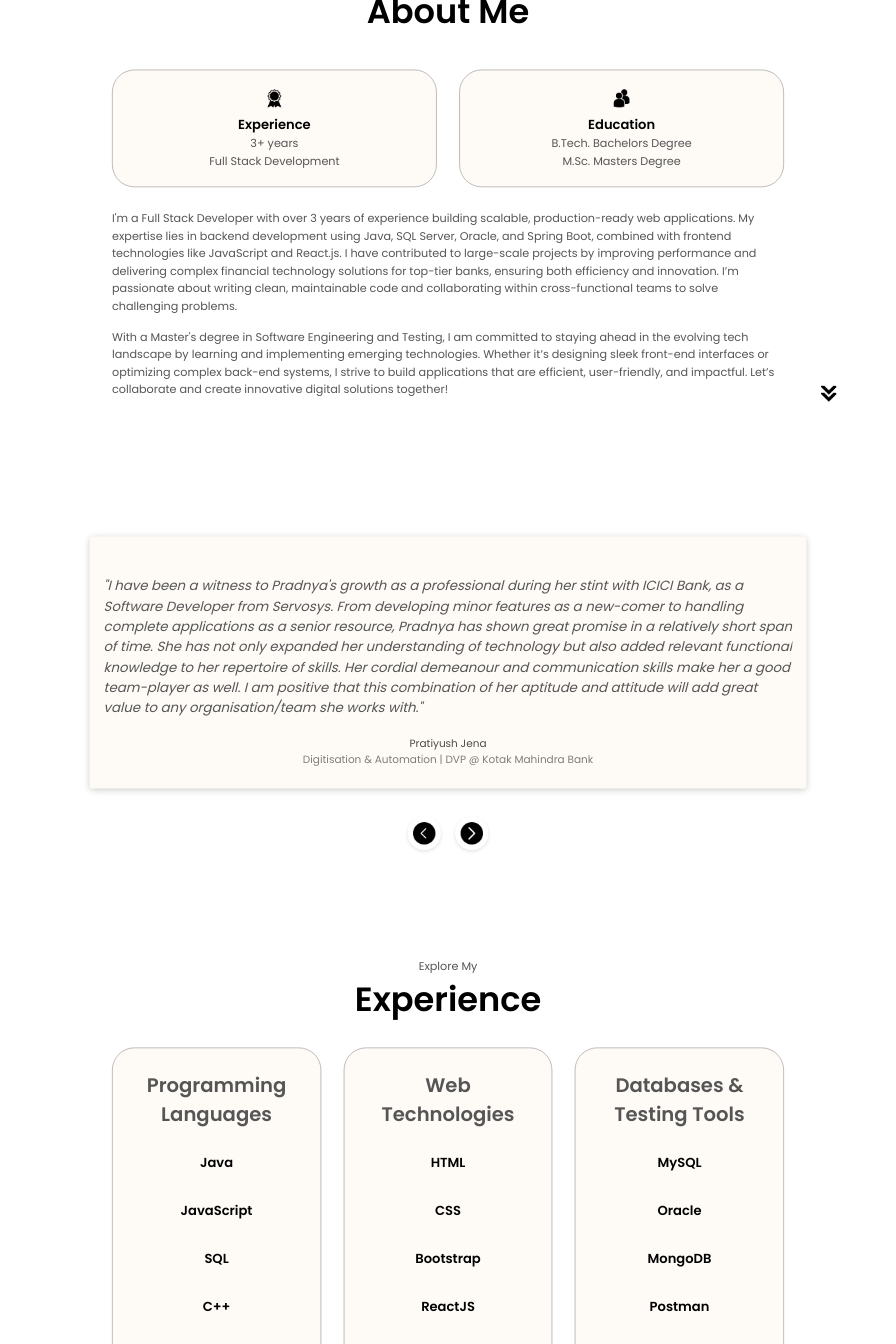
Repository: Pradnya-07/Portfolio-Pradnya
Page: index.html
These files come from the project's save history. The page is drawn as it stood at one moment and after the next save; the edit follows.
The browser window is 1280 px wide. The pictures show the part of the page from y = 888 to 2808 px (the page is 5307 px tall), at 70% of full size.

Above is the page before, as saved 2025-05-02 10:25:51.

After the next save:
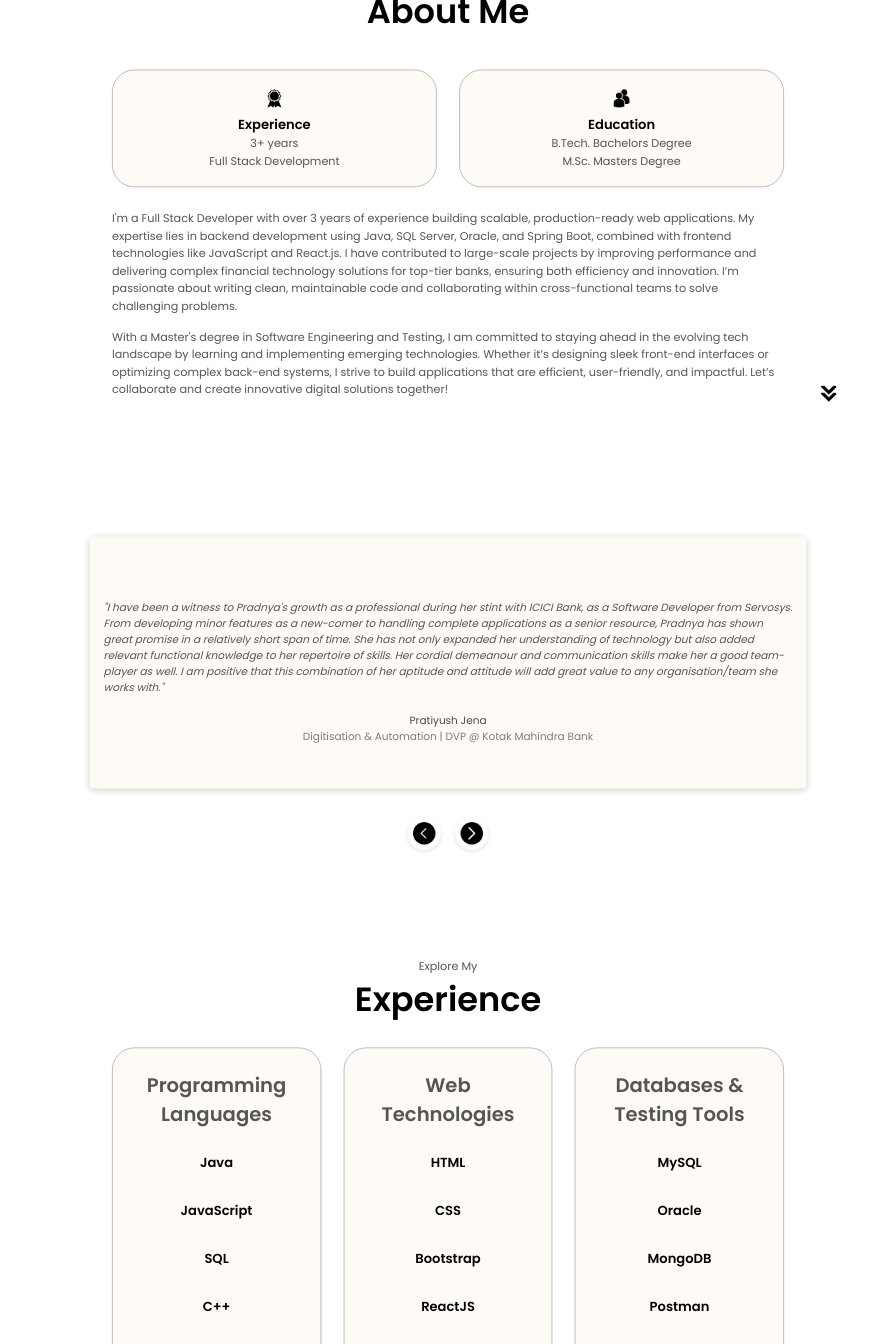
Saved 76 s later.
--- a/style.css
+++ b/style.css
@@ -500,7 +500,7 @@ h2 {
 .testimonial p {
   overflow: auto;
   font-style: oblique;
-  font-size: 19px;
+  font-size: 15px;
   font-weight: 400;
 }
 
